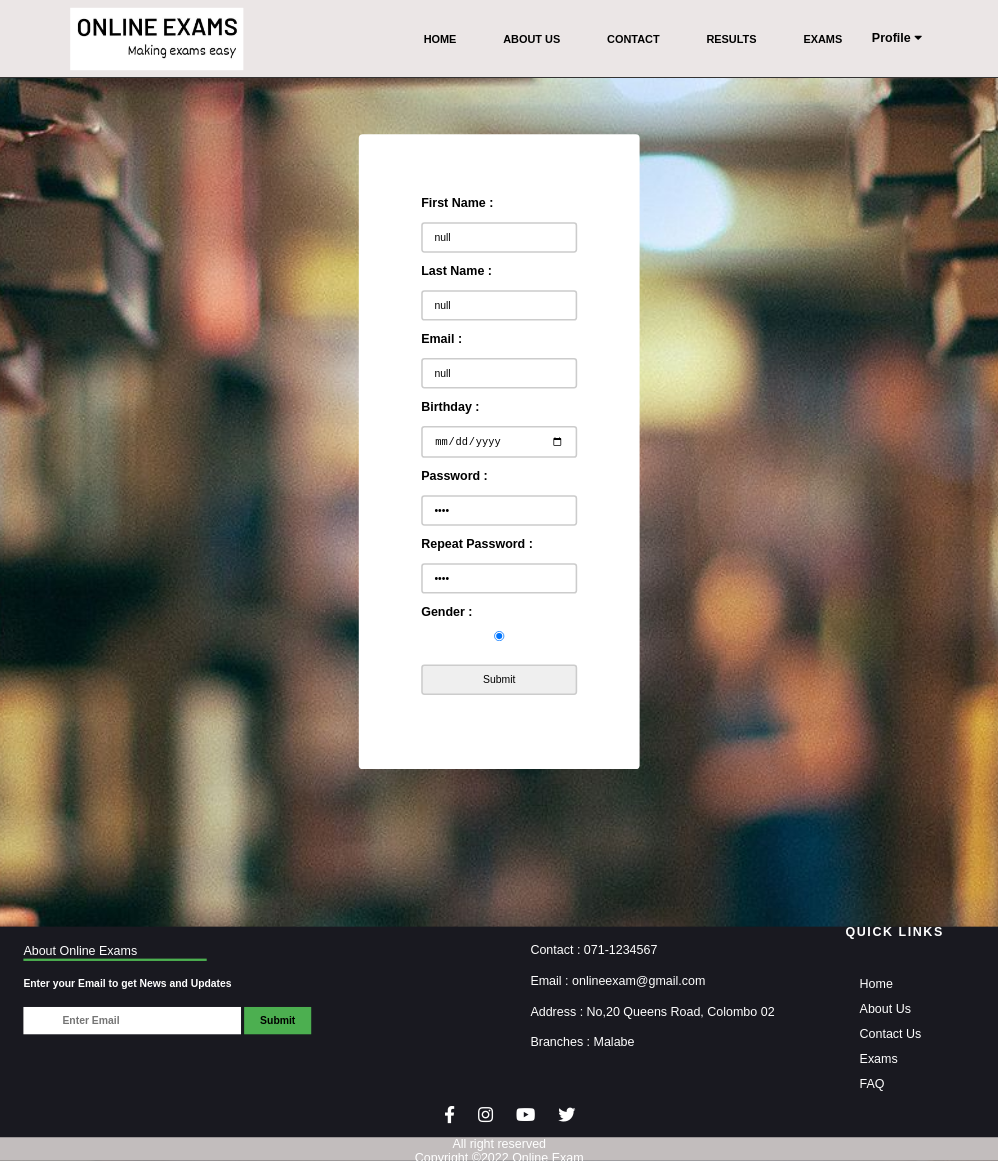
Repository: Isurinda-Shamika/online-exam
Page: http://localhost/online_exam/update_profile.jsp
An editor plug-in stored every save of this project. The page is shown before and after the next save, followed by the edit.
The browser window is 1280 px wide. The pictures show the whole page, at 78% of full size.
Some web libraries are served in a nearby version. The page is served by Tomcat 9. Nobody is signed in. The application's start-up code is not run.

Above is the page before, as saved 2022-11-09 17:04:52.

After the next save:
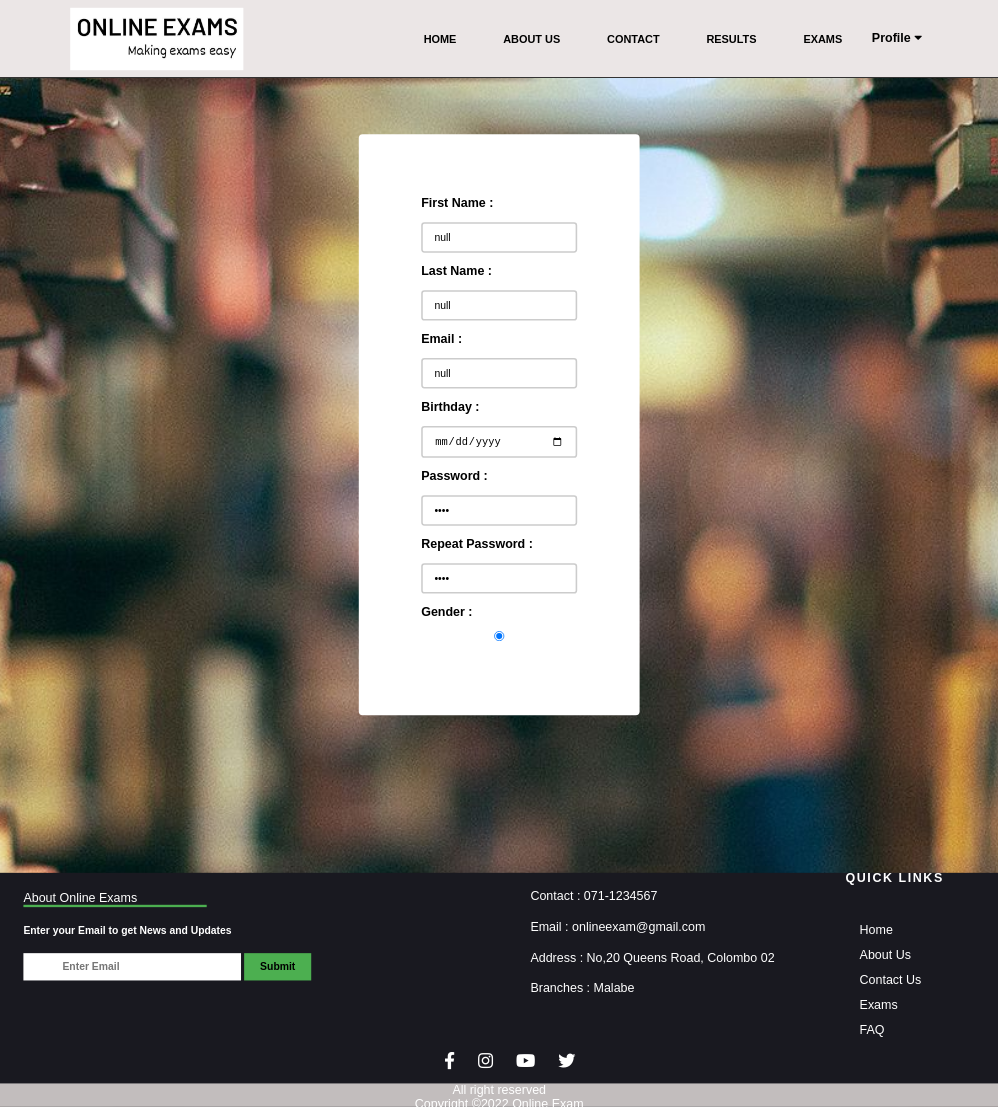
Saved 91 s later.
--- a/online exam/src/main/webapp/update_profile.jsp
+++ b/online exam/src/main/webapp/update_profile.jsp
@@ -97,9 +97,7 @@
                         <div>
 
                         </div>
-                        <div class="w-100 p-1">
-                            <input type="submit" class="submit_btn float-right" id="submit_btn" value="Submit">
-                        </div>
+
 
                     </form>
                 </div>
